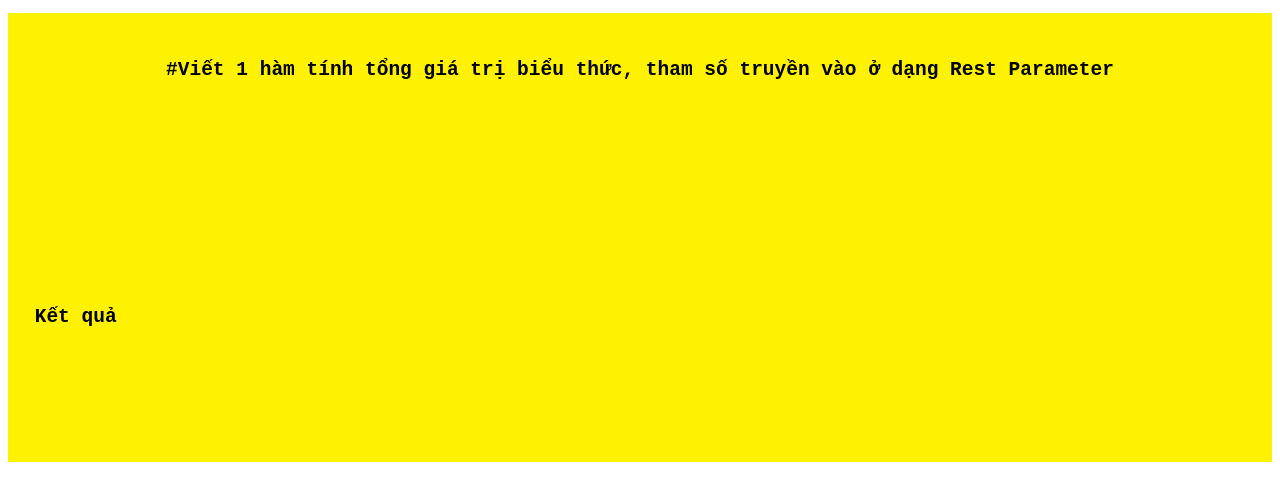
Repository: Dongnguyen318/Quydong
Page: Day 22.1/ex01.html
These files come from the project's save history. The page is drawn as it stood at one moment and after the next save; the edit follows.
The browser window is 1280 px wide. The pictures show the whole page.

Above is the page before, as saved 2023-09-05 22:53:09.

After the next save:
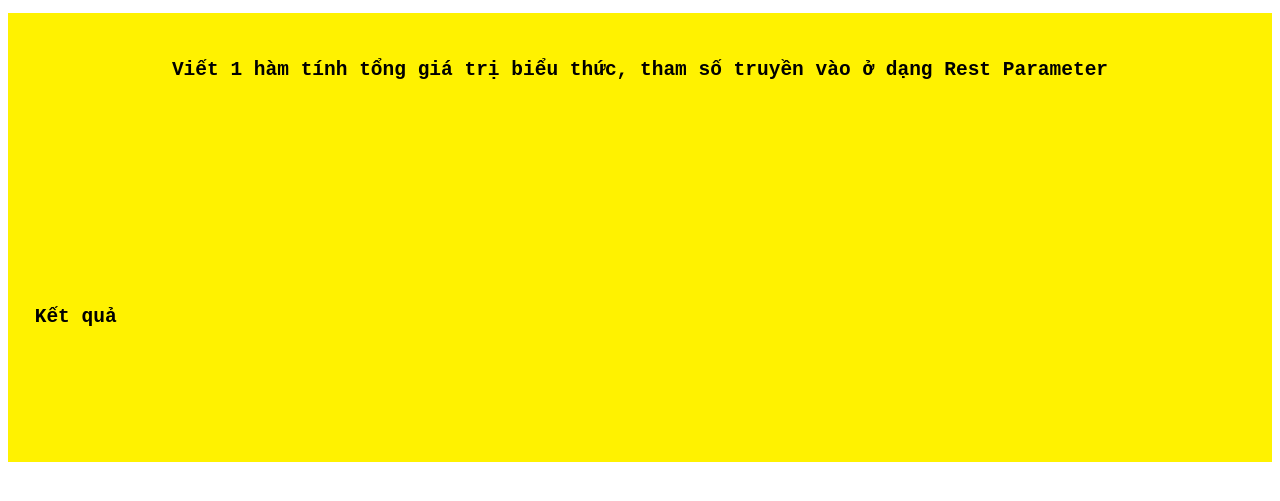
Saved 4 s later.
--- a/Day 22.1/ex01.html
+++ b/Day 22.1/ex01.html
@@ -13,7 +13,7 @@
   <body>
     <pre style="background-color: rgb(255, 242, 0)">
         <code >
-            <h2 style="text-align: center;">#Viết 1 hàm tính tổng giá trị biểu thức, tham số truyền vào ở dạng Rest Parameter</h2>
+            <h2 style="text-align: center;">Viết 1 hàm tính tổng giá trị biểu thức, tham số truyền vào ở dạng Rest Parameter</h2>
 <p style="text-align: center;">
     <pre>
         <code class="language-js">
